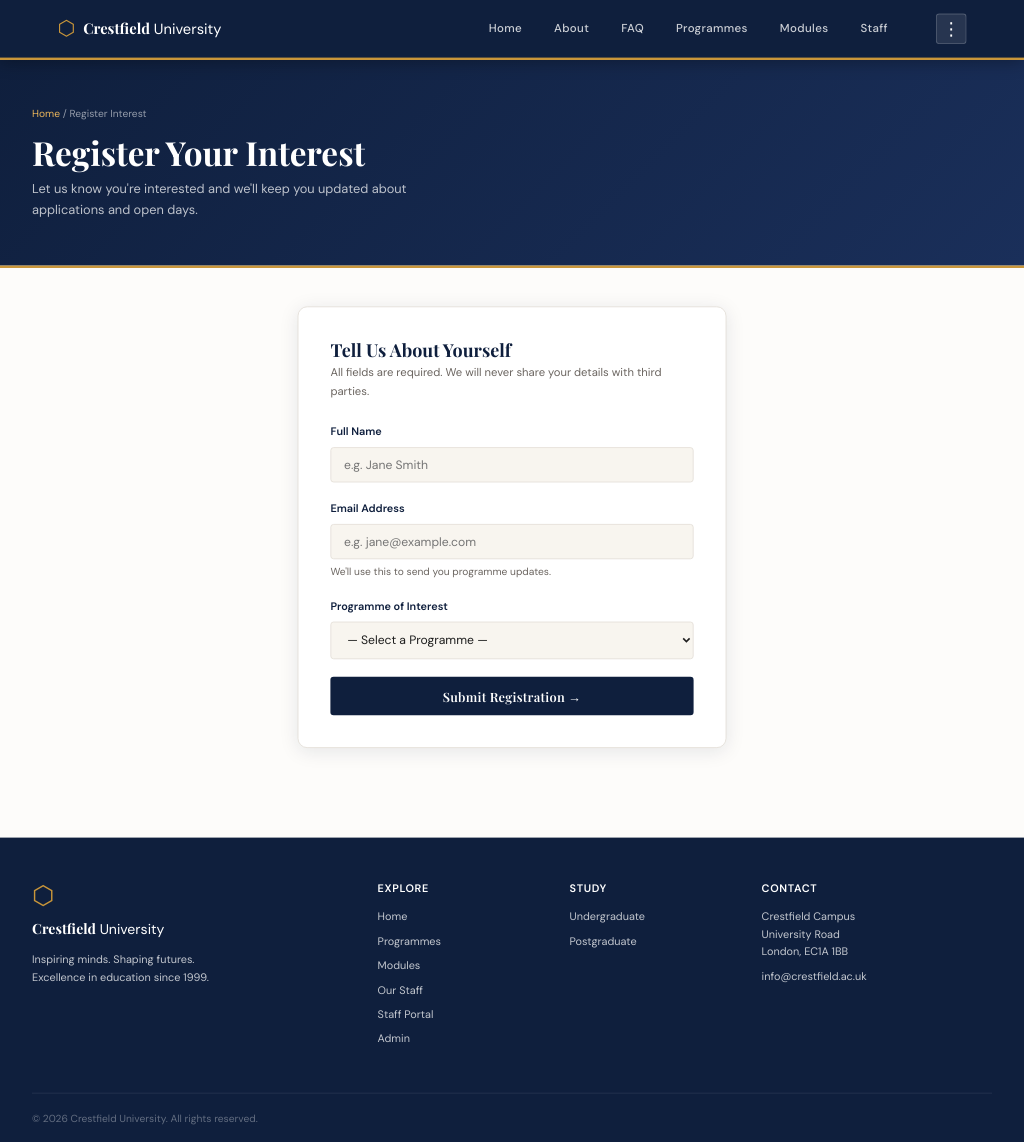
Repository: dowrinprity-blip/Web-Project
Page: http://localhost/University/register_interest.php
An editor plug-in stored every save of this project. The page is shown before and after the next save, followed by the edit.
The browser window is 1280 px wide. The pictures show the whole page, at 80% of full size.
The page is run by PHP 8.4 with error messages shown; the project is at /var/www/html/. The database holds what the project's SQL file puts in it.

Above is the page before, as saved 2026-03-25 21:10:42.

### register_interest.php
<?php
require_once 'includes/db.php';
require_once 'includes/auth.php';

$prog_id = isset($_GET['id']) ? (int)$_GET['id'] : 0;

// Pre-load programme if ID passed
$programme = null;
if ($prog_id) {
    $s = $conn->prepare("SELECT ProgrammeID, ProgrammeName FROM Programmes WHERE ProgrammeID = ?");
    $s->bind_param('i', $prog_id);
    $s->execute();
    $programme = $s->get_result()->fetch_assoc();
}

// Load all programmes for dropdown
$all_progs = $conn->query("
    SELECT p.ProgrammeID, p.ProgrammeName, l.LevelName
    FROM Programmes p JOIN Levels l ON p.LevelID = l.LevelID
    ORDER BY l.LevelID, p.ProgrammeName
");

$success = false;
$errors  = [];

if ($_SERVER['REQUEST_METHOD'] === 'POST') {
    $name    = trim($_POST['name'] ?? '');
    $email   = trim($_POST['email'] ?? '');
    $pid     = (int)($_POST['programme_id'] ?? 0);

    // Validation
    if (empty($name))         $errors[] = 'Please enter your full name.';
    elseif (strlen($name) > 100) $errors[] = 'Name must be 100 characters or fewer.';

    if (empty($email))        $errors[] = 'Please enter your email address.';
    elseif (!filter_var($email, FILTER_VALIDATE_EMAIL)) $errors[] = 'Please enter a valid email address.';
    elseif (strlen($email) > 255) $errors[] = 'Email must be 255 characters or fewer.';

    if ($pid === 0)            $errors[] = 'Please select a programme.';

    // Check duplicate
    if (empty($errors)) {
        $dup = $conn->prepare("SELECT InterestID FROM InterestedStudents WHERE ProgrammeID = ? AND Email = ?");
        $dup->bind_param('is', $pid, $email);
        $dup->execute();
        if ($dup->get_result()->num_rows > 0) {
            $errors[] = 'This email address has already been registered for that programme.';
        }
    }

    if (empty($errors)) {
        $ins = $conn->prepare("INSERT INTO InterestedStudents (ProgrammeID, StudentName, Email) VALUES (?, ?, ?)");
        $ins->bind_param('iss', $pid, $name, $email);
        if ($ins->execute()) {
            $success  = true;
            $prog_id  = $pid;
            // Reload programme name
            $s2 = $conn->prepare("SELECT ProgrammeID, ProgrammeName FROM Programmes WHERE ProgrammeID = ?");
            $s2->bind_param('i', $pid);
            $s2->execute();
            $programme = $s2->get_result()->fetch_assoc();
        } else {
            $errors[] = 'Something went wrong. Please try again later.';
        }
    }
}

$page_title = 'Register Interest';
include 'includes/header.php';
?>

<div class="page-hero">
    <div class="page-hero-inner">
        <div class="breadcrumb">
            <a href="index.php">Home</a> /
            <?php if ($programme && !$success): ?>
            <a href="programme_detail.php?id=<?= $programme['ProgrammeID'] ?>"><?= htmlspecialchars($programme['ProgrammeName']) ?></a> /
            <?php endif; ?>
            Register Interest
        </div>
        <h1>Register Your Interest</h1>
        <p>Let us know you're interested and we'll keep you updated about applications and open days.</p>
    </div>
</div>

<div class="register-wrap">
    <?php if ($success): ?>
    <!-- SUCCESS STATE -->
    <div style="text-align:center;padding:3rem 0;">
        <div style="font-size:4rem;margin-bottom:1rem;">🎉</div>
        <h2 style="font-family:'Playfair Display',serif;color:var(--navy);margin-bottom:.75rem;">You're Registered!</h2>
        <p style="color:var(--text-muted);margin-bottom:2rem;">
            Thank you for your interest in <strong><?= htmlspecialchars($programme['ProgrammeName']) ?></strong>.<br>
            We'll be in touch with the latest news and application details.
        </p>
        <div style="display:flex;gap:1rem;justify-content:center;flex-wrap:wrap;">
            <a href="programme_detail.php?id=<?= $programme['ProgrammeID'] ?>" class="btn btn-navy">View Programme →</a>

            <?php if(isStudentLoggedIn()): ?>
            <a href="<?= BASE_URL ?>/student/my_interests.php" class="btn btn-gold">View My Interests →</a>
            <?php else: ?>
            <a href="<?= BASE_URL ?>/student/register.php" class="btn btn-navy">Create Account to Track Interests →</a>
            <?php endif; ?>
        </div>
    </div>

    <?php else: ?>
    <!-- FORM -->
    <div class="form-card">
        <h2 style="font-size:1.4rem;color:var(--navy);margin-bottom:.25rem;">Tell Us About Yourself</h2>
        <p style="color:var(--text-muted);font-size:.88rem;margin-bottom:1.75rem;">
            All fields are required. We will never share your details with third parties.
        </p>

        <?php foreach ($errors as $err): ?>
        <div class="alert alert-error">⚠️ <?= htmlspecialchars($err) ?></div>
        <?php endforeach; ?>

        <form method="POST" action="register_interest.php<?= $prog_id ? '?id=' . $prog_id : '' ?>" novalidate>
            <div class="form-group">
                <label for="name">Full Name</label>
                <input type="text" id="name" name="name"
                       placeholder="e.g. Jane Smith"
                       value="<?= htmlspecialchars($_POST['name'] ?? '') ?>"
                       required maxlength="100">
            </div>

            <div class="form-group">
                <label for="email">Email Address</label>
                <input type="email" id="email" name="email"
                       placeholder="e.g. jane@example.com"
                       value="<?= htmlspecialchars($_POST['email'] ?? '') ?>"
                       required maxlength="255">
                <p class="form-note">We'll use this to send you programme updates.</p>
            </div>

            <div class="form-group">
                <label for="programme_id">Programme of Interest</label>
                <select id="programme_id" name="programme_id" required>
                    <option value="0">— Select a Programme —</option>
                    <?php
                    $selected_pid = (int)($_POST['programme_id'] ?? $prog_id);
                    $optgroup = '';
                    while ($p = $all_progs->fetch_assoc()):
                        if ($p['LevelName'] !== $optgroup) {
                            if ($optgroup) echo '</optgroup>';
                            echo '<optgroup label="' . htmlspecialchars($p['LevelName']) . '">';
                            $optgroup = $p['LevelName'];
                        }
                    ?>
                    <option value="<?= $p['ProgrammeID'] ?>" <?= $selected_pid === (int)$p['ProgrammeID'] ? 'selected' : '' ?>>
                        <?= htmlspecialchars($p['ProgrammeName']) ?>
                    </option>
                    <?php endwhile; if ($optgroup) echo '</optgroup>'; ?>
                </select>
            </div>

            <button type="submit" class="submit-btn">Submit Registration →</button>
        </form>
    </div>
    <?php endif; ?>
</div>

<?php include 'includes/footer.php'; ?>

### includes/db.php
<?php
require_once __DIR__ . '/config.php';

// Create connection
function getDBConnection() {
    $conn = new mysqli(DB_HOST, DB_USER, DB_PASS, DB_NAME);

    if ($conn->connect_error) {
        die("Connection failed: " . $conn->connect_error);
    }

    $conn->set_charset("utf8mb4");
    return $conn;
}

// Global connection
$conn = getDBConnection();

function checkDatabaseExists() {
    $conn = new mysqli(DB_HOST, DB_USER, DB_PASS);
    $result = $conn->query("SELECT SCHEMA_NAME FROM INFORMATION_SCHEMA.SCHEMATA WHERE SCHEMA_NAME = '" . DB_NAME . "'");
    return $result->num_rows > 0;
}
?>

### includes/config.php
<?php
/**
 * Central Configuration File - Load this first in all includes
 */

// ==================== BASE URL DETECTION ====================
if (!function_exists('detectBaseUrl')) {
    function detectBaseUrl() {
        $protocol = isset($_SERVER['HTTPS']) && $_SERVER['HTTPS'] === 'on' ? 'https://' : 'http://';
        $host = $_SERVER['HTTP_HOST'];
        $scriptName = $_SERVER['SCRIPT_NAME'];

        $basePath = dirname(dirname($scriptName));
        $basePath = str_replace('\\', '/', $basePath);

        if ($basePath == '/' || $basePath == '\\') {
            $basePath = '';
        }

        return rtrim($protocol . $host . $basePath, '/');
    }
}

if (!defined('BASE_URL')) {
    define('BASE_URL', 'http://localhost/University');
}

// ==================== DATABASE CONSTANTS ====================
if (!defined('DB_HOST')) {
    define('DB_HOST', 'localhost');
    define('DB_USER', 'root');
    define('DB_PASS', '');
    define('DB_NAME', 'student_course_hub');
}
?>

### includes/footer.php
<footer class="site-footer">
    <div class="footer-inner">
        <div class="footer-brand">
            <span class="logo-crest">⬡</span>
            <span class="logo-text"><strong>Crestfield</strong> University</span>
            <p>Inspiring minds. Shaping futures.<br>Excellence in education since 1999.</p>
        </div>
        <div class="footer-links">
            <h4>Explore</h4>
            <a href="<?= BASE_URL ?>/index.php">Home</a>
            <a href="<?= BASE_URL ?>/programmes.php">Programmes</a>
            <a href="<?= BASE_URL ?>/modules.php">Modules</a>
            <a href="<?= BASE_URL ?>/staff_directory.php">Our Staff</a>
            <a href="<?= BASE_URL ?>/staff_portal.php">Staff Portal</a>
            <a href="<?= BASE_URL ?>/admin/login.php">Admin</a>
        </div>
        <div class="footer-links">
            <h4>Study</h4>
            <a href="<?= BASE_URL ?>/programmes.php?level=1">Undergraduate</a>
            <a href="<?= BASE_URL ?>/programmes.php?level=2">Postgraduate</a>
        </div>
        <div class="footer-contact">
            <h4>Contact</h4>
            <p>Crestfield Campus<br>University Road<br>London, EC1A 1BB</p>
            <p>info@crestfield.ac.uk</p>
        </div>
    </div>
    <div class="footer-bottom">
        <p>&copy; <?= date('Y') ?> Crestfield University. All rights reserved.</p>
    </div>
</footer>
<script src="<?= BASE_URL ?>/js/main.js"></script>
</body>
</html>

### student_course_hub.sql (the tables this page reads)
CREATE TABLE `levels` (
  `LevelID` int(11) NOT NULL,
  `LevelName` text NOT NULL
) ENGINE=InnoDB DEFAULT CHARSET=utf8mb4 COLLATE=utf8mb4_general_ci;

INSERT INTO `levels` (`LevelID`, `LevelName`) VALUES
(0, 'Postgraduate'),
(1, 'Undergraduate'),
(2, 'Postgraduate');

ALTER TABLE `levels`
  ADD PRIMARY KEY (`LevelID`);

CREATE TABLE `programmes` (
  `ProgrammeID` int(11) NOT NULL,
  `ProgrammeName` text NOT NULL,
  `LevelID` int(11) DEFAULT NULL,
  `ProgrammeLeaderID` int(11) DEFAULT NULL,
  `Description` text DEFAULT NULL,
  `Image` text DEFAULT NULL
) ENGINE=InnoDB DEFAULT CHARSET=utf8mb4 COLLATE=utf8mb4_general_ci;

INSERT INTO `programmes` (`ProgrammeID`, `ProgrammeName`, `LevelID`, `ProgrammeLeaderID`, `Description`, `Image`) VALUES
(1, 'BSc Computer Science', 1, 1, 'A broad computer science degree covering programming, AI, cybersecurity, and software engineering.', 'uploads/programme_images/cs.jpg'),
(2, 'BSc Software Engineering', 1, 2, 'A specialized degree focusing on the development and lifecycle of software applications.', 'uploads/programme_images/se.jpg'),
(3, 'BSc Artificial Intelligence', 1, 3, 'Focuses on machine learning, deep learning, and AI applications.', 'uploads/programme_images/ai.jpg'),
(4, 'BSc Cyber Security', 1, 4, 'Explores network security, ethical hacking, and digital forensics.', 'uploads/programme_images/cyber.jpg'),
(5, 'BSc Data Science', 1, 5, 'Covers big data, machine learning, and statistical computing.', 'uploads/programme_images/ds.jpg'),
(6, 'MSc Machine Learning', 2, 11, 'A postgraduate degree focusing on deep learning, AI ethics, and neural networks.', 'uploads/programme_images/ml.jpg'),
(7, 'MSc Cyber Security', 2, 12, 'A specialized programme covering digital forensics, cyber threat intelligence, and security policy.', 'uploads/programme_images/mcs.jpg'),
(8, 'MSc Data Science', 2, 13, 'Focuses on big data analytics, cloud computing, and AI-driven insights.', 'uploads/programme_images/mds.jpg'),
(9, 'MSc Artificial Intelligence', 2, 14, 'Explores autonomous systems, AI ethics, and deep learning technologies.', 'uploads/programme_images/mai.jpg'),
(10, 'MSc Software Engineering', 2, 15, 'Emphasizes software design, blockchain applications, and cutting-edge methodologies.', 'uploads/programme_images/mse.jpg');

ALTER TABLE `programmes`
  ADD PRIMARY KEY (`ProgrammeID`),
  ADD KEY `LevelID` (`LevelID`),
  ADD KEY `ProgrammeLeaderID` (`ProgrammeLeaderID`);

ALTER TABLE `programmes`
  MODIFY `ProgrammeID` int(11) NOT NULL AUTO_INCREMENT, AUTO_INCREMENT=11;

ALTER TABLE `programmes`
  ADD CONSTRAINT `programmes_ibfk_1` FOREIGN KEY (`LevelID`) REFERENCES `levels` (`LevelID`),
  ADD CONSTRAINT `programmes_ibfk_2` FOREIGN KEY (`ProgrammeLeaderID`) REFERENCES `staff` (`StaffID`);

Loaded but not shown: js/main.js (22 lines, source omitted); css/style.css (631 lines, source omitted); includes/auth.php (554 lines, source omitted); includes/header.php (164 lines, source omitted)

After the next save:
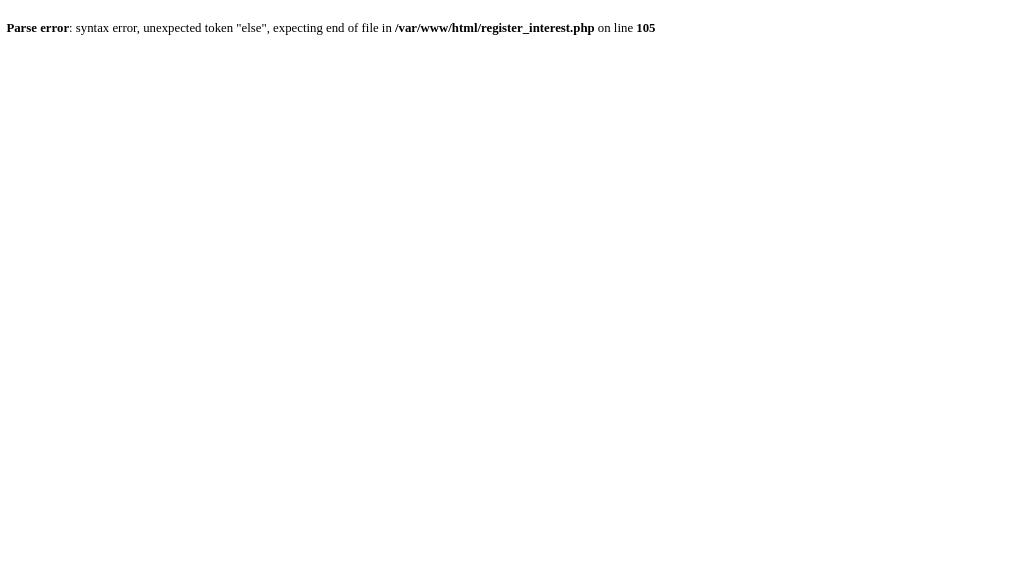
Saved 13 s later.
--- a/register_interest.php
+++ b/register_interest.php
@@ -94,9 +94,7 @@
             We'll be in touch with the latest news and application details.
         </p>
         <div style="display:flex;gap:1rem;justify-content:center;flex-wrap:wrap;">
-            <a href="programme_detail.php?id=<?= $programme['ProgrammeID'] ?>" class="btn btn-navy">View Programme →</a>
 
-            <?php if(isStudentLoggedIn()): ?>
             <a href="<?= BASE_URL ?>/student/my_interests.php" class="btn btn-gold">View My Interests →</a>
             <?php else: ?>
             <a href="<?= BASE_URL ?>/student/register.php" class="btn btn-navy">Create Account to Track Interests →</a>

After the save that followed:
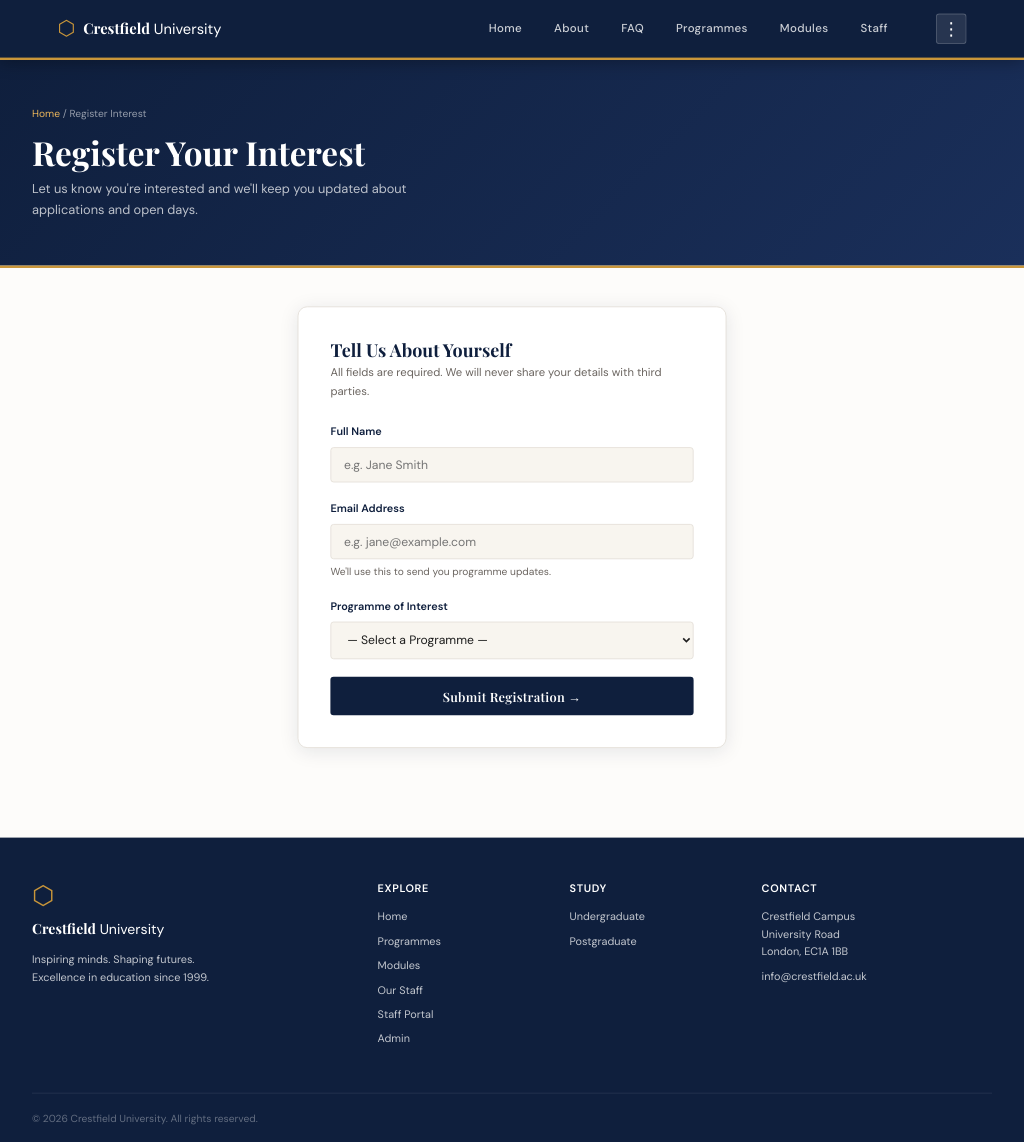
Saved 5 s later.
--- a/register_interest.php
+++ b/register_interest.php
@@ -96,9 +96,7 @@
         <div style="display:flex;gap:1rem;justify-content:center;flex-wrap:wrap;">
 
             <a href="<?= BASE_URL ?>/student/my_interests.php" class="btn btn-gold">View My Interests →</a>
-            <?php else: ?>
-            <a href="<?= BASE_URL ?>/student/register.php" class="btn btn-navy">Create Account to Track Interests →</a>
-            <?php endif; ?>
+
         </div>
     </div>
 
